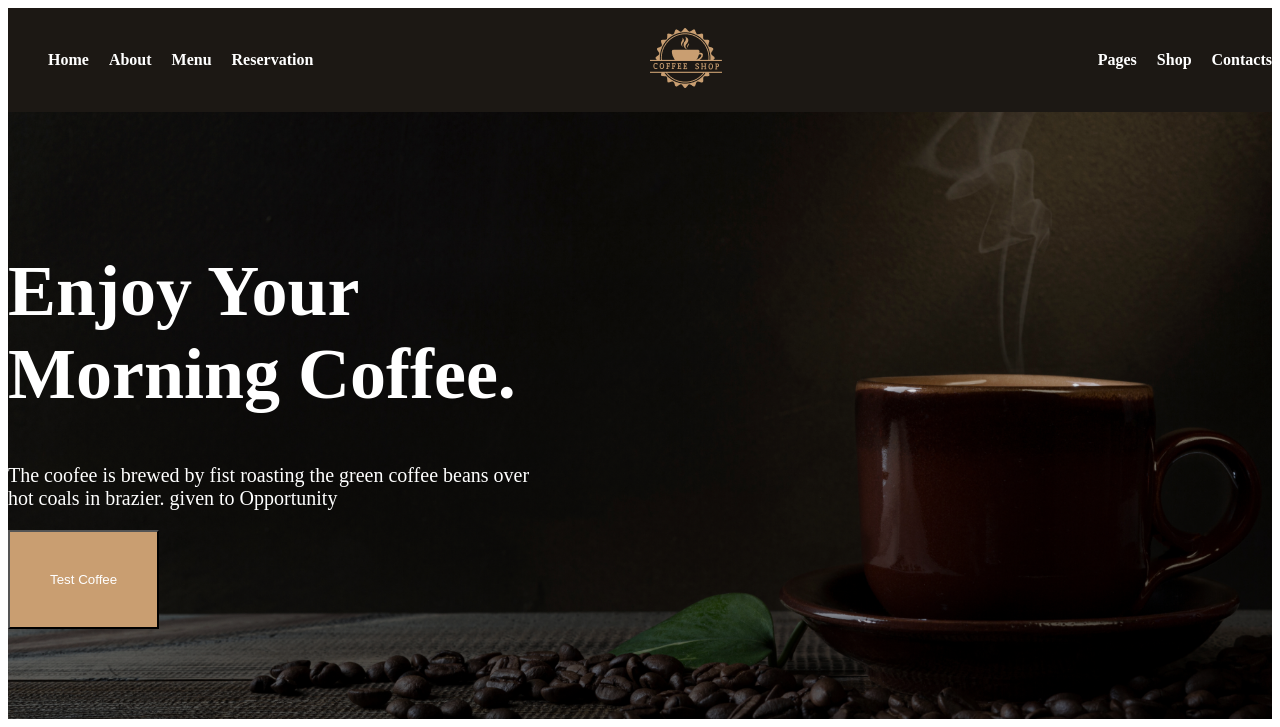
Repository: SitoraRashidova/CoffeShop_Figma
Page: /
An editor plug-in stored every save of this project. The page is shown before and after the next save, followed by the edit.
The browser window is 1280 px wide. The pictures show the whole page.
The project was rebuilt for these pictures with package versions that can differ from the ones it lists, and the page was loaded fresh each time. Also part of the build but not shown: vite.config.js.

Above is the page before, as saved 2024-11-24 23:02:09.

After the next save:
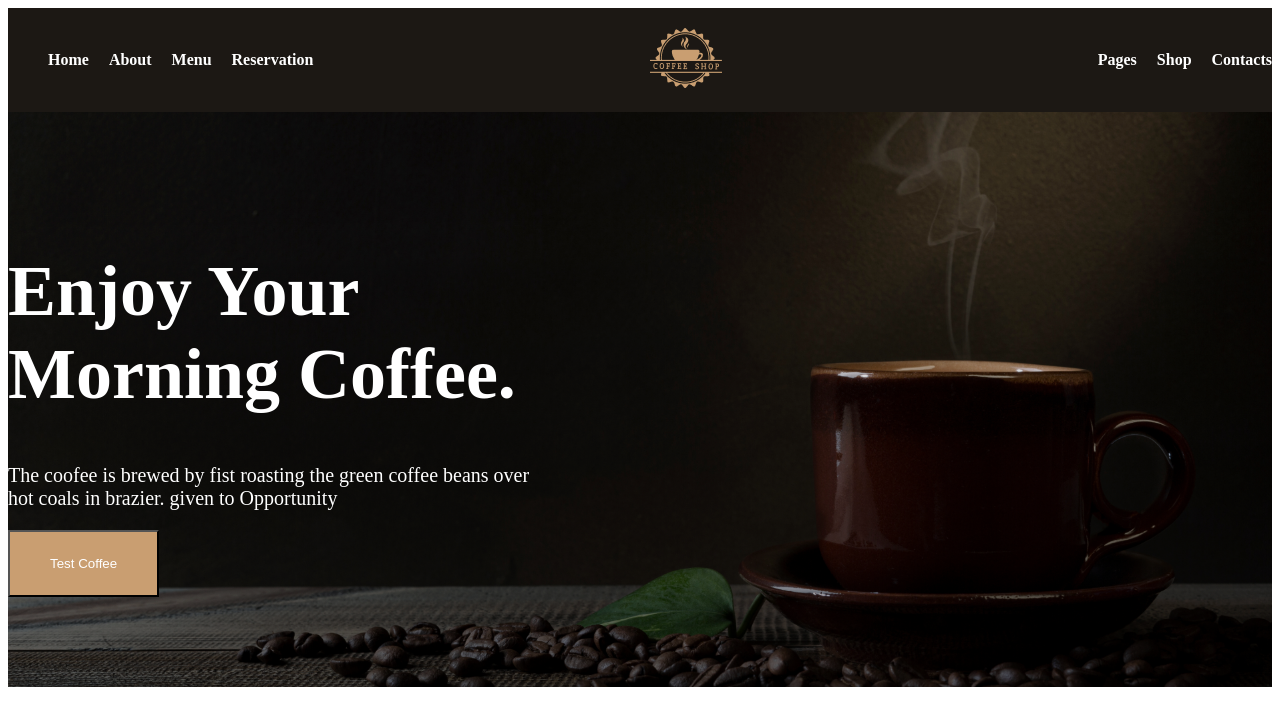
Saved 6 s later.
--- a/src/index.css
+++ b/src/index.css
@@ -80,7 +80,7 @@
 }
 
 .hero-btn{
-  padding: 40px;
+  padding: 24px 40px;
   background-color: #C99E71;
   color: #fff;
 }
